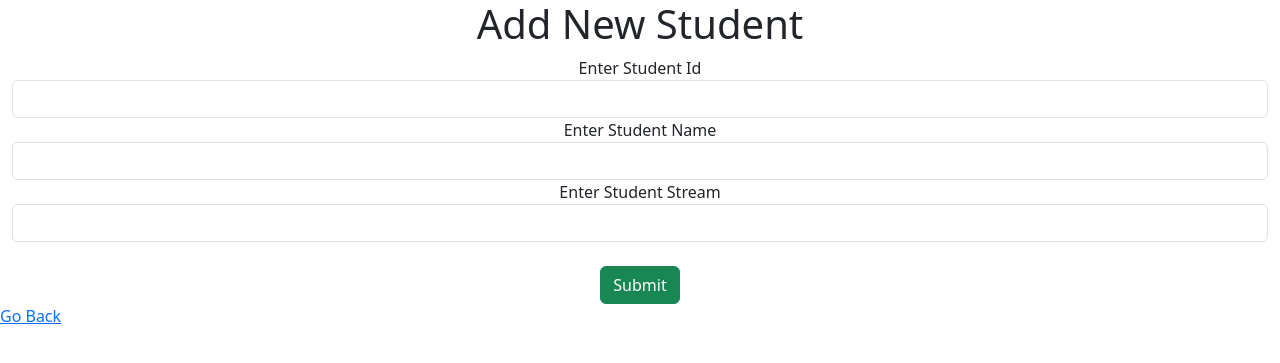
Repository: SNEHASHINDE26/JDBC
Page: eclipse-workspace/StudentApp/src/main/webapp/add.html
An editor plug-in stored every save of this project. The page is shown before and after the next save, followed by the edit.
The browser window is 1280 px wide. The pictures show the whole page.

Above is the page before, as saved 2024-01-17 12:29:23.

### eclipse-workspace/StudentApp/src/main/webapp/add.html
<!DOCTYPE html>
<html>
<head>
<meta charset="ISO-8859-1">
<title>Add Student</title>
<link href="https://cdn.jsdelivr.net/npm/bootstrap@5.3.0-alpha1/dist/css/bootstrap.min.css" rel="stylesheet" integrity="sha384-GLhlTQ8iRABdZLl6O3oVMWSktQOp6b7In1Zl3/Jr59b6EGGoI1aFkw7cmDA6j6gD" crossorigin="anonymous">

</head>
<body>
       <div class="container-fluid text-center ">

        <h1>Add New Student</h1>

         <form action="addlink" method="post">

            <div class="form-group">
              <label>Enter Student Id</label>
              <input type="text" class="form-control" name="studentid">
            </div>

            <div class="form-group">
              <label>Enter Student Name</label>
              <input type="text" class="form-control" name="studentname">
            </div>

            <div class="form-group">
              <label>Enter Student Stream</label>
              <input type="text" class="form-control" name="studentstream">
            </div>

            <div class="form-group mt-4">
             <input type="submit" vlaue="ADD STUDENT" class="btn btn-success"/>
           </div>

           </form>

        </div>
                     <a href="index.html">Go Back</a>

</body>
   <footer>
         <script src="https://cdn.jsdelivr.net/npm/bootstrap@5.3.0-alpha1/dist/js/bootstrap.bundle.min.js" integrity="sha384-w76AqPfDkMBDXo30jS1Sgez6pr3x5MlQ1ZAGC+nuZB+EYdgRZgiwxhTBTkF7CXvN" crossorigin="anonymous"></script>
   </footer>
</html>

After the next save:
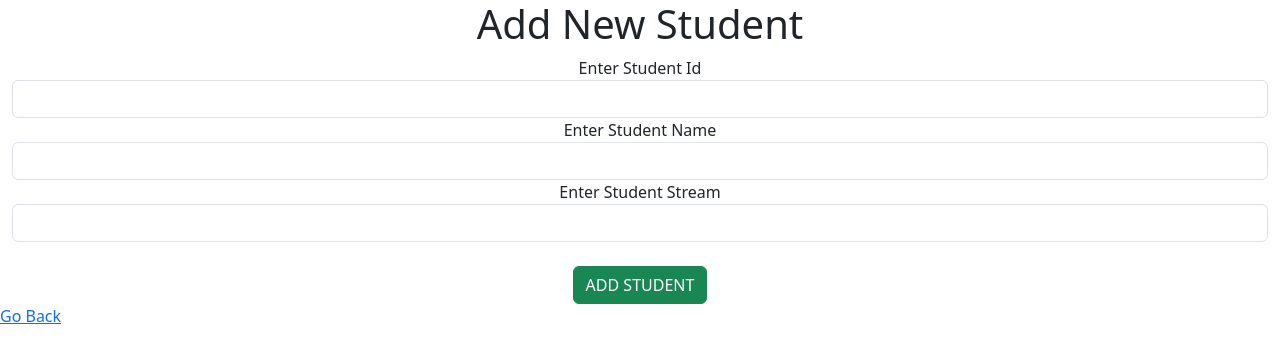
Saved 11 min 7 s later.
--- a/eclipse-workspace/StudentApp/src/main/webapp/add.html
+++ b/eclipse-workspace/StudentApp/src/main/webapp/add.html
@@ -29,7 +29,7 @@
             </div>
 
             <div class="form-group mt-4">
-             <input type="submit" vlaue="ADD STUDENT" class="btn btn-success"/>
+             <input type="submit" value="ADD STUDENT" class="btn btn-success"/>
            </div>
 
            </form>
